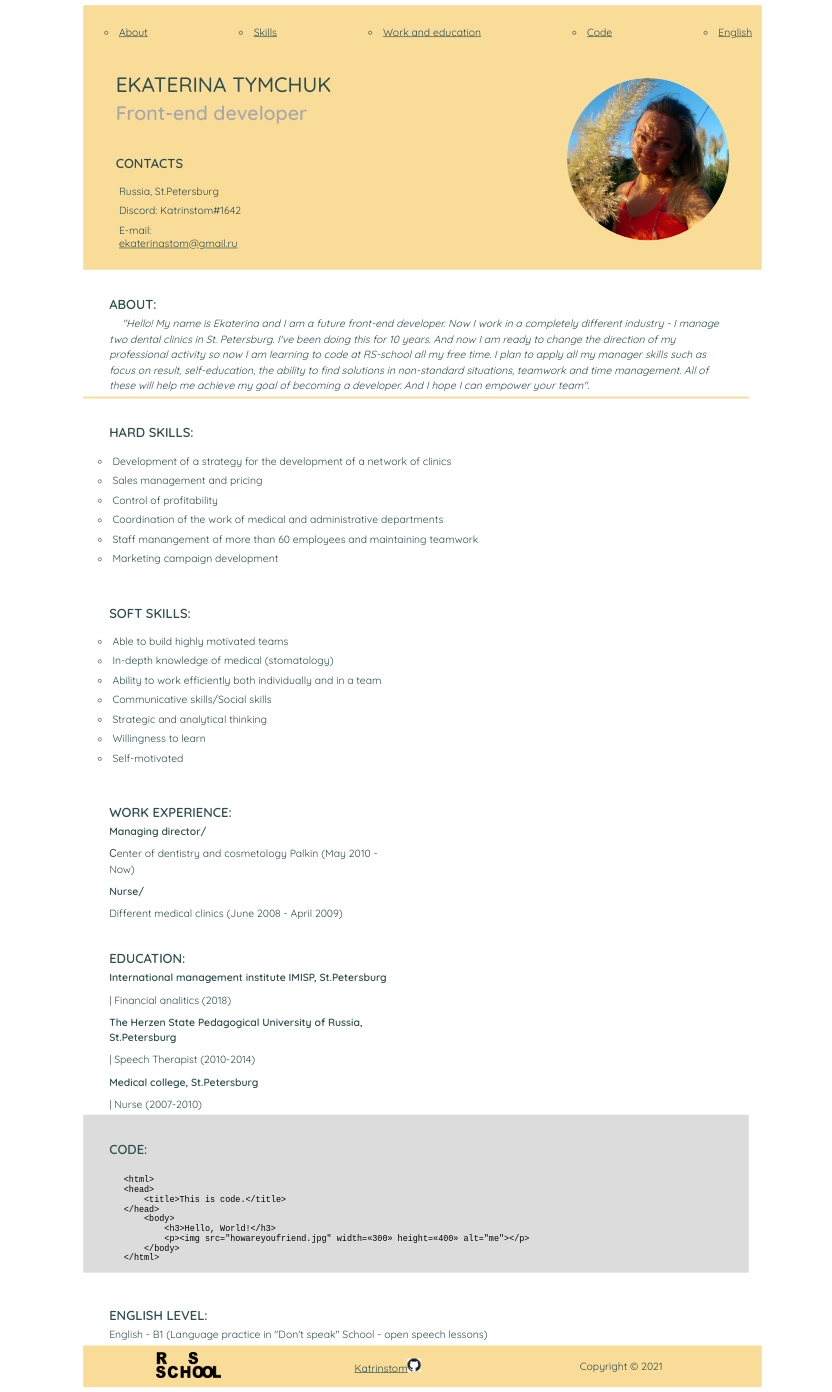
Repository: Katrinstom/rsschool-cv
Page: index.html
An editor plug-in stored every save of this project. The page is shown before and after the next save, followed by the edit.
The browser window is 1280 px wide. The pictures show the whole page, at 65% of full size.

Above is the page before, as saved 2022-01-02 19:19:36.

After the next save:
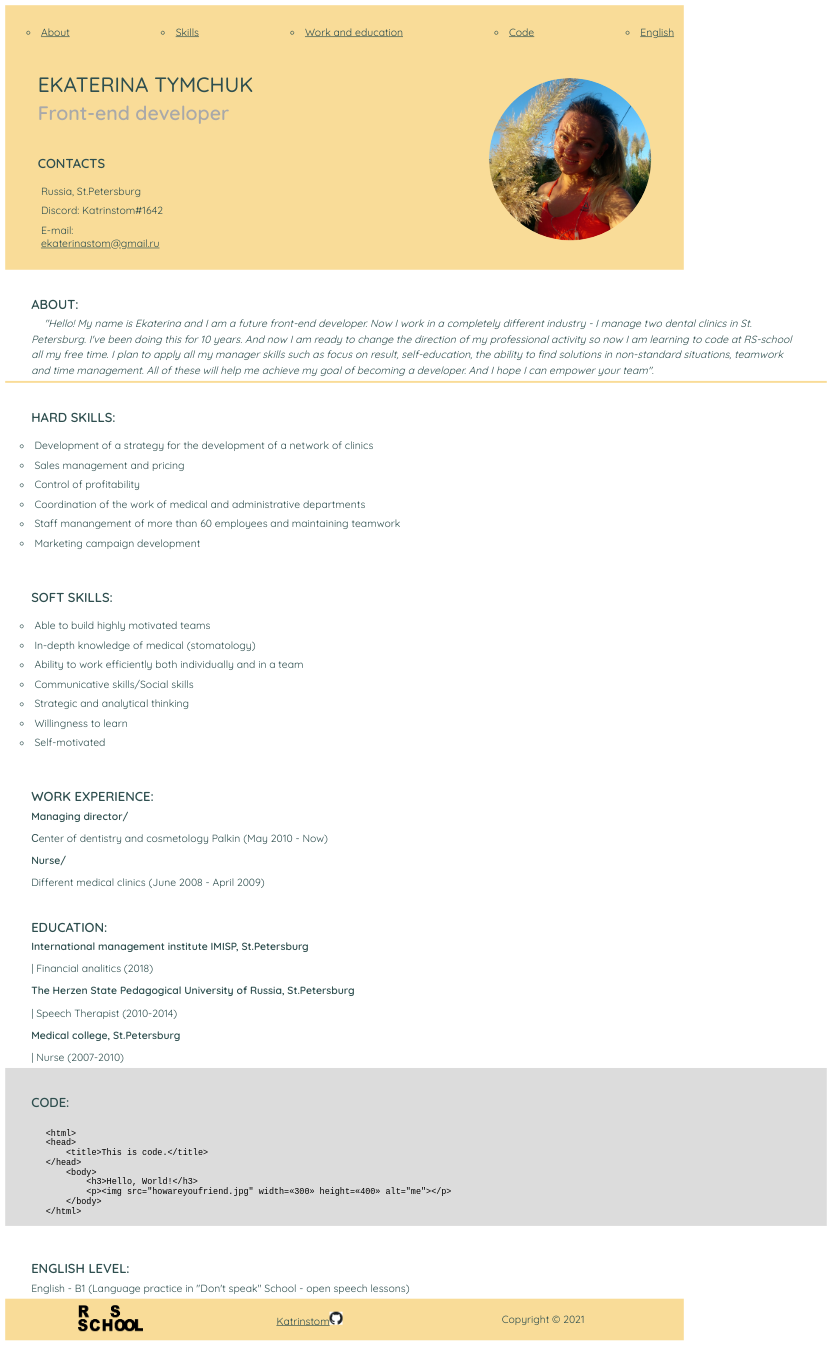
Saved 12 min 22 s later.
--- a/index.html
+++ b/index.html
@@ -11,8 +11,7 @@
 <link href="https://fonts.googleapis.com/css2?family=Quicksand:wght@400;500;600&display=swap" rel="stylesheet">
 </head>
 <body>
-    <div id="wrapper">
-        <header class="bigblock">
+    <header class="bigblock section">
             <nav class="nav">
                 <ul class="navlist">
                     <li class="nav-item"><a href="#about" class="nav-link">About</a></li>
@@ -102,13 +101,12 @@
             <p>English - B1 (Language practice in "Don't speak" School - open speech lessons)</p>
             </div>
         </section>
-        <footer class="footer">
+        <footer class="footer section">
             <div class="flexcont">
                 <a href="https://rs.school/js/"><img src="images/logo-rsschool3.png" alt="logo-rsschool3" width="100" height="40"></a>
                 <a href="https://github.com/Katrinstom">Katrinstom<img src="images/gitpic.png" alt="gitlogo" width="20" height="20"></a>
                 <p>Copyright © 2021</p>
              </div>
         </footer>
-    </div>
 </body>
 </html>
